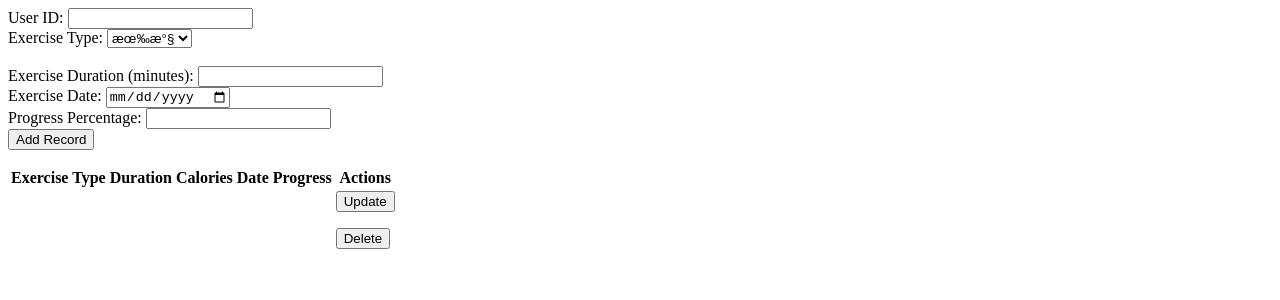
Repository: zilxhasu/eeit94-topic2
Page: http://localhost/topic2/jsp/exerciseRecords.jsp
The author's editor kept a copy of each file at every save. The page is drawn from the files as they stood at one save, then again after the next save.
The browser window is 1280 px wide. The pictures show the whole page.
The page is served by Tomcat 10. Nobody is signed in. The application's start-up code is not run. The template is opened directly, without the code that normally fills it, so the values that code supplies are empty.

Above is the page before, as saved 2025-02-21 05:42:33.

After the next save:
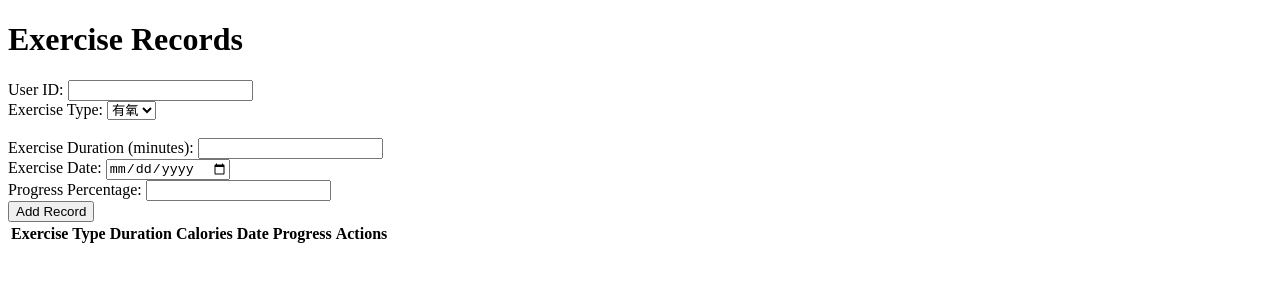
Saved 31 s later.
--- a/topic2/src/main/webapp/jsp/exerciseRecords.jsp
+++ b/topic2/src/main/webapp/jsp/exerciseRecords.jsp
@@ -1,4 +1,19 @@
-<form action="../ExerciseRecordServlet" method="post">
+<%@ page language="java" contentType="text/html; charset=UTF-8"
+    pageEncoding="UTF-8"%>
+<%@ taglib prefix="c" uri="http://java.sun.com/jsp/jstl/core" %>
+
+<!DOCTYPE html>
+<html lang="en">
+<head>
+    <meta charset="UTF-8">
+    <meta name="viewport" content="width=device-width, initial-scale=1.0">
+    <title>Exercise Records</title>
+</head>
+<body>
+    <h1>Exercise Records</h1>
+
+    <!-- Form to Add New Record -->
+    <form action="../ExerciseRecordServlet" method="post">
     <input type="hidden" name="action" value="add">
 
     <label>User ID:</label>
@@ -67,3 +82,5 @@
         </c:forEach>
     </tbody>
 </table>
+</body>
+</html>
